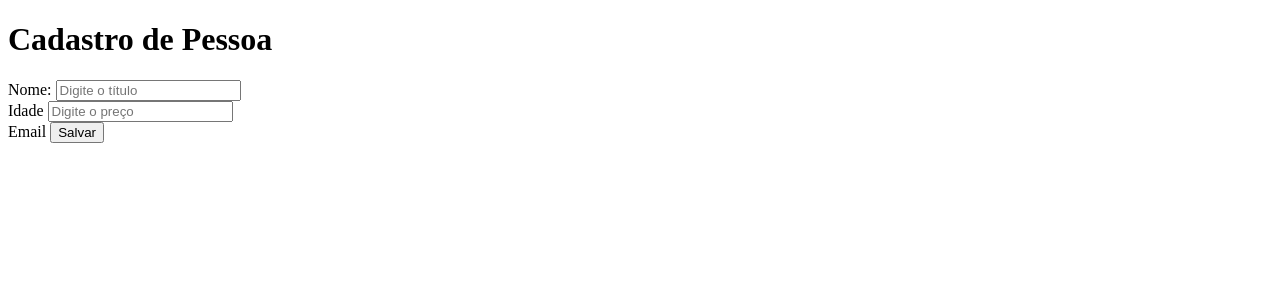
Repository: R-romero/digital-business2M
Page: http://localhost/02-SpringMVC/pessoa/cadastrar
These files come from the project's save history. The page is drawn as it stood at one moment and after the next save; the edit follows.
The browser window is 1280 px wide. The pictures show the whole page.
The page is served by Tomcat 9. Other server files are loaded and not shown.

Above is the page before, as saved 2017-08-18 23:27:03.

### 02-SpringMVC/WebContent/WEB-INF/jsp/pessoa/cadastro.jsp
<%@ page language="java" contentType="text/html; charset=ISO-8859-1"
	pageEncoding="ISO-8859-1"%>
<!DOCTYPE html PUBLIC "-//W3C//DTD HTML 4.01 Transitional//EN" "http://www.w3.org/TR/html4/loose.dtd">
<html>
<head>
<meta http-equiv="Content-Type" content="text/html; charset=ISO-8859-1">
<title>Cadastro de Pessoa</title>
</head>
<body>
	<h1>Cadastro de Pessoa</h1>
	<form action="cadastrar" method="post">
		<div><label>Nome:</label>
			<input type="text" name="Nome" placeholder="Digite o título">
		</div>
		<div>
		<label>Idade</label>
			<input type="text" name="preco" placeholder="Digite o preço">
		</div>
		<div>
		<label>Email</label>
			<input type="submit" value="Salvar">
		</div>
	</form>
</body>
</html>

After the next save:
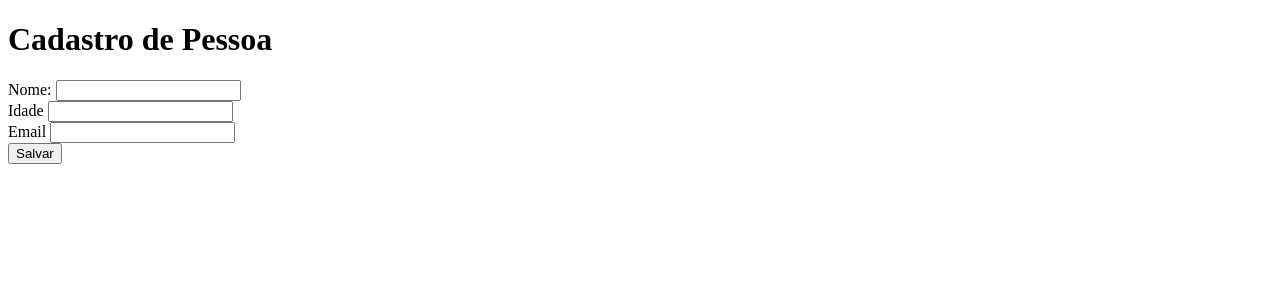
Saved 37 s later.
--- a/02-SpringMVC/WebContent/WEB-INF/jsp/pessoa/cadastro.jsp
+++ b/02-SpringMVC/WebContent/WEB-INF/jsp/pessoa/cadastro.jsp
@@ -10,16 +10,17 @@
 	<h1>Cadastro de Pessoa</h1>
 	<form action="cadastrar" method="post">
 		<div><label>Nome:</label>
-			<input type="text" name="Nome" placeholder="Digite o título">
+			<input type="text" name="Nome">
 		</div>
 		<div>
 		<label>Idade</label>
-			<input type="text" name="preco" placeholder="Digite o preço">
+			<input type="text" name="idade">
 		</div>
 		<div>
 		<label>Email</label>
-			<input type="submit" value="Salvar">
+			<input type="text" name="email">
 		</div>
+		<input type="submit" value="Salvar">
 	</form>
 </body>
 </html>
